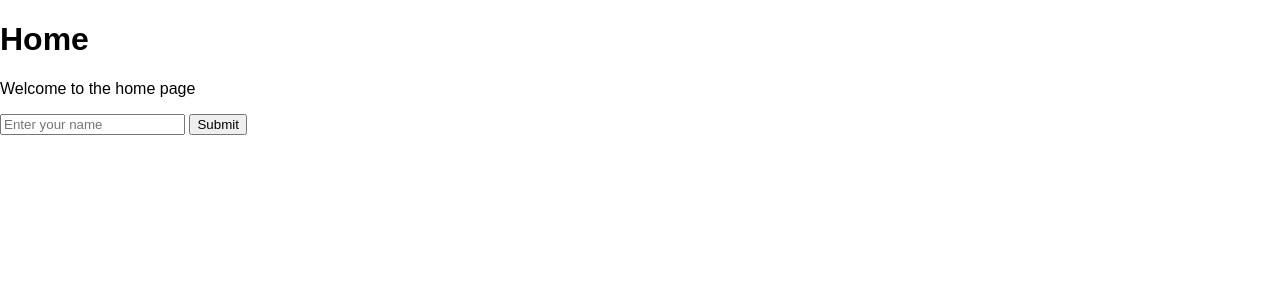
Repository: colechristini/buffbeats
Page: http://localhost/
The author's editor kept a copy of each file at every save. The page is drawn from the files as they stood at one save, then again after the next save.
The browser window is 1280 px wide. The pictures show the whole page.
The page is served by the project's application, run on Flask 3 (User_Interface/app.py).

Above is the page before, as saved 2024-02-02 22:45:14.

### User_Interface/templates/index.html
{%extends 'base.html' %}



{% block head %}

{% endblock %}



{% block body %}
<div class = "content">
    <h1>Home</h1>
    <p>Welcome to the home page</p>

    <form action="/" method="POST">
        <input type="text" name="name" placeholder="Enter your name">
        <input type="submit" value="Submit">
{% endblock %}

### User_Interface/app.py
from flask import Flask, render_template
from flask_sqlalchemy import SQLAlchemy
from datetime import datetime

app = Flask(__name__)
app.config['SQLALCHEMY_DATABASE_URI'] = 'sqlite:///site.db'
db = SQLAlchemy(app)

class Todo(db.Model):
    id = db.Column(db.Integer, primary_key=True)
    content = db.Column(db.String(200), nullable=False)
    complete = db.Column(db.Integer, default=0)
    date_created = db.Column(db.DateTime, default=datetime.utcnow)

    def __repr__(self):
        return '<Task %r>' % self.id

@app.route('/', methods=['POST', 'GET'])

def index():
    return render_template('index.html')

if __name__ == "__main__":
    app.run(debug=True)




# import sys
# print(sys.executable)

Loaded but not shown: User_Interface/templates/base.html (common file); User_Interface/static/css/main.css (common file)

After the next save:
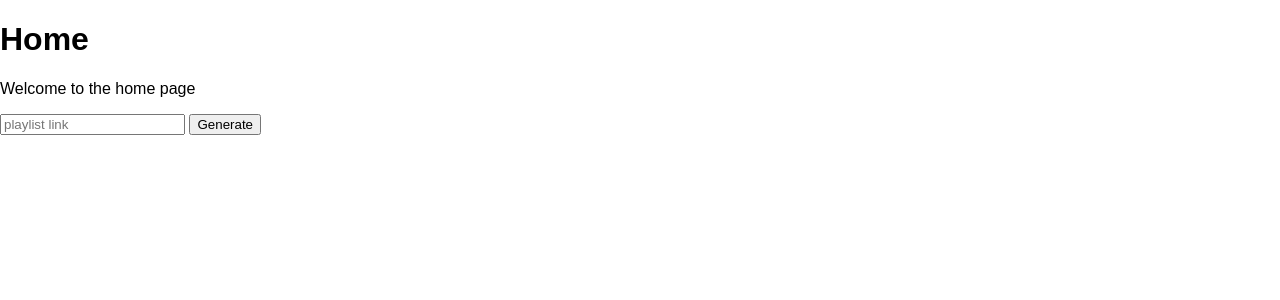
Saved 90 s later.
--- a/User_Interface/templates/index.html
+++ b/User_Interface/templates/index.html
@@ -14,6 +14,6 @@
     <p>Welcome to the home page</p>
 
     <form action="/" method="POST">
-        <input type="text" name="name" placeholder="Enter your name">
-        <input type="submit" value="Submit">
+        <input type="text" name="link" placeholder="playlist link">
+        <input type="submit" value="Generate">
 {% endblock %}
